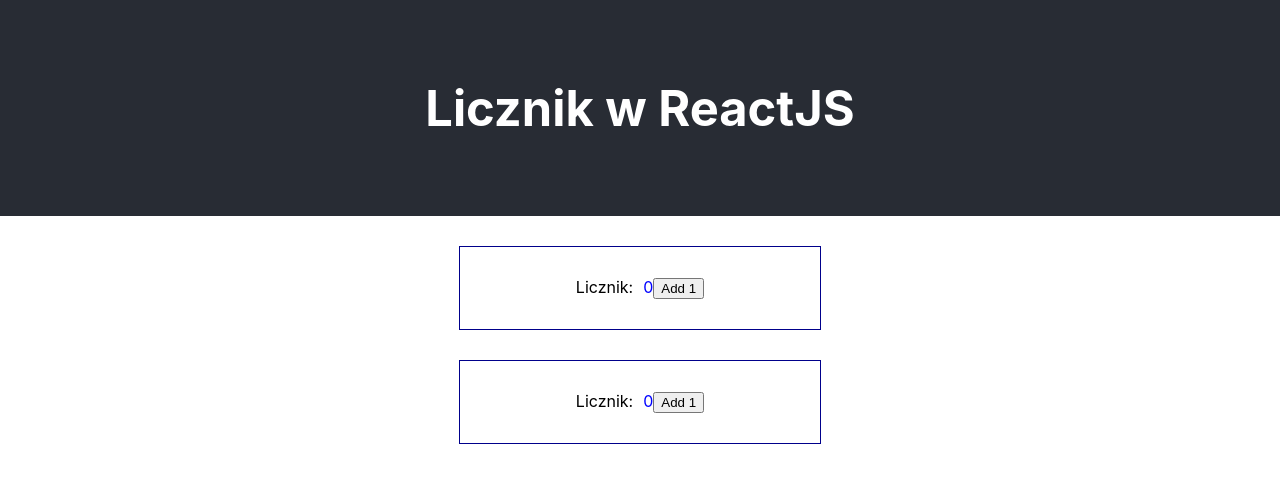
Repository: magdaf41/react-counter-app
Page: /
The author's editor kept a copy of each file at every save. The page is drawn from the files as they stood at one save, then again after the next save.
The browser window is 1280 px wide. The pictures show the whole page.
The project was rebuilt for these pictures with package versions that can differ from the ones it lists, and the page was loaded fresh each time.

Above is the page before, as saved 2020-10-04 13:02:07.

### src/App.js
import React from 'react';
import './App.css';

import Counter from  './Counter';

function App() {
  return (
    <div className="App">
      <header className="App-header">
        <h1>Licznik w ReactJS</h1>
      </header>
      <Counter initValue={0} />
      <Counter initValue={108}/>
    </div>
  );

}
export default App;

### src/Counter.js
import React, {Component} from "react";
import "./Counter.css";

class Counter extends Component {
    constructor(props) {
        super(props);
        this.state = {
            counterValue: 0,
        }
    }

    render() {
        return(
            <div className="counter">
                Licznik:
                <span className="value">{this.state.counterValue}</span>
                <button onClick={this.changeValue}>
                    Add 1
                </button>
            </div>
        )
    }
}
export default Counter;


// function Counter(props) {

//     let randomNumber = Math.floor(Math.random() * (108 - 1 + 1) + 1);

//     return (
//         <div className="counter">
//             Counter:
//             <span className="value">
//                 {props.initValue}
//             </span>
//         </div>
//     );
// }

// export default Counter;

### src/Counter.css
.counter {
    border: 1px solid darkblue;
    padding: 30px;
    width: 300px;
    left: 0;
    right: 0;
    margin: 30px auto;
}

.counter span.value {
    margin-left: 10px;
    color: blue;
}

Loaded but not shown: public/index.html (common file); src/index.js (common file); src/index.css (common file); src/serviceWorker.js (common file); src/App.css (common file)

After the next save:
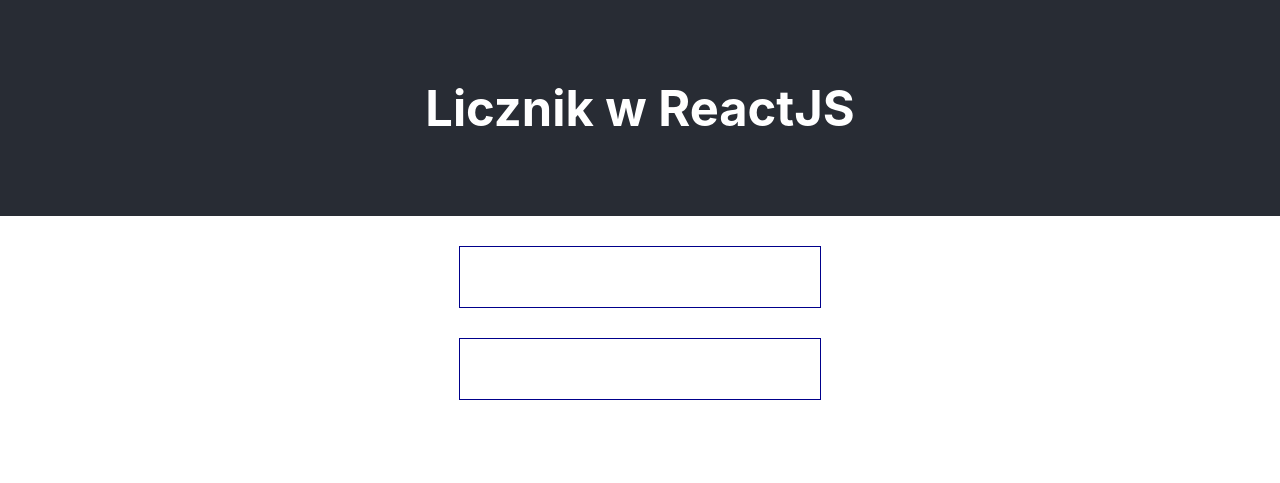
Saved 32 s later.
--- a/src/Counter.js
+++ b/src/Counter.js
@@ -12,11 +12,7 @@ class Counter extends Component {
     render() {
         return(
             <div className="counter">
-                Licznik:
-                <span className="value">{this.state.counterValue}</span>
-                <button onClick={this.changeValue}>
-                    Add 1
-                </button>
+
             </div>
         )
     }
